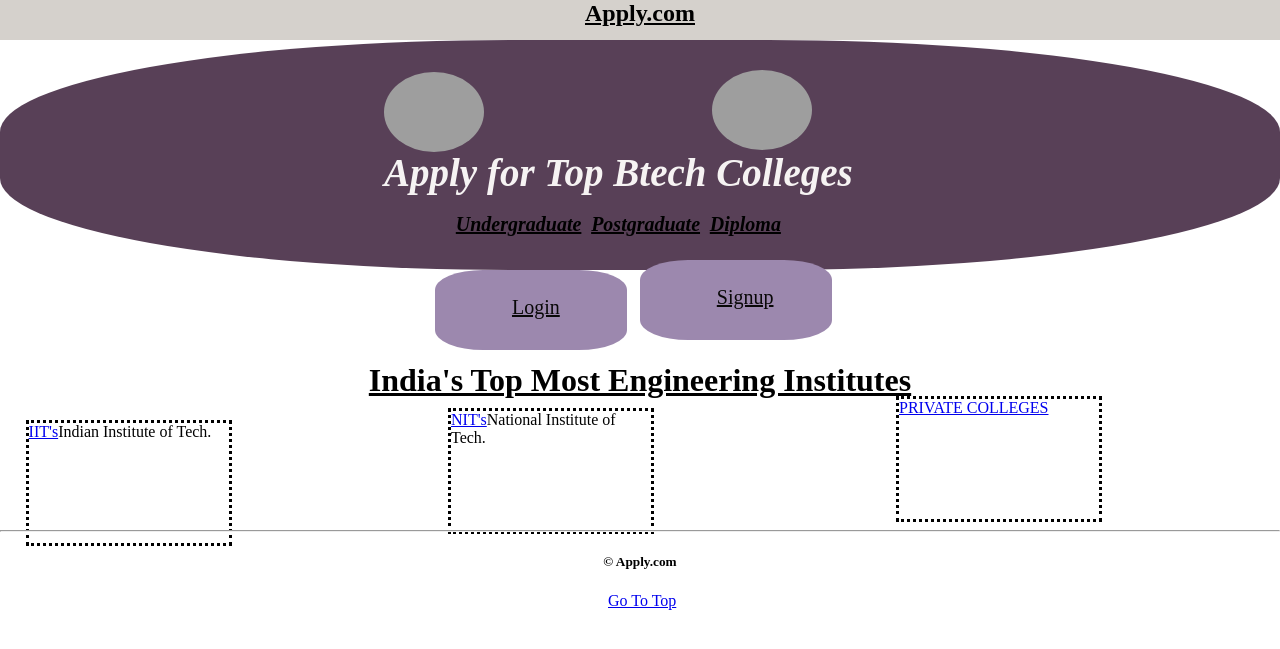
Repository: dashmeenkalra/dashmeen_kalra
Page: css,bootstrap/CSS/btech.html
The author's editor kept a copy of each file at every save. The page is drawn from the files as they stood at one save, then again after the next save.
The browser window is 1280 px wide. The pictures show the whole page.
Pictures or frames that could not be fetched are drawn as grey boxes.

Above is the page before, as saved 2023-03-28 20:04:39.

### css,bootstrap/CSS/btech.html
<html>
    <head>
        <link href="btech.css" rel="stylesheet"/>
        <title>
            Welcome to apply.com
        </title>
    </head>
    <body>
        <header>
            <header id="header">
            <h2>Apply.com</h2>
        </header>
        <div id="app">
            <div class="wri">
                <div id="ball">
                </div>
                <div id="ball2">
                </div>
                Apply for Top Btech Colleges</br>
                <a href="" class="id">Undergraduate</a>
                <a href="" class="id">Postgraduate</a>
                <a href="" class="id">Diploma</a>
            </div>
        </div>
        <div class="log">
            <a href="" class="id1"> Login</a>
        </div>
        <div class="log1">
            <a href="" class="id1">Signup</a>
        </div>
        <h1>India's Top Most Engineering Institutes</h1>
        <div id="type">
            <a href="#">IIT's</a>Indian Institute of Tech.
        </div>
        <div id="type1">
            <a href="#">NIT's</a>National Institute of Tech.
        </div>
        <div id="type2">
            <a href="#">PRIVATE COLLEGES</a>
        </div>
        <hr/>
        <footer>
        <h5> &copy; Apply.com</h5>
        <a href="#header" id="at" >Go To Top</a>
        </footer>
    </body>
</html>

### css,bootstrap/CSS/btech.css
body{
    margin:0px;
}
header{
    background-color:rgb(213, 209, 204);
    height: 40px;
}
header > h2{
    text-align: center;
    text-decoration:underline;
}
#app{
    background-color: rgb(88, 64, 87);
    height:230px;
    width:100%;
    border-radius:40%;
}
#ball{
    height: 80px;
    width: 100px;
    border-radius: 50%;
    margin-top: -15%;
    background-image: url('https://th.bing.com/th/id/OIP.LoeVs1S4Xra84vvvtkj3PQHaLG?pid=ImgDet&rs=1');
    background-size: cover;
    background-repeat: no-repeat;
}
#ball2{
    height: 80px;
    width: 100px;
    border-radius: 50%;
    margin-top: -17.5%;
    margin-left: 70%;
    background-image: url('https://wallpapercave.com/wp/wp2036967.jpg');
    background-size: cover;
    background-repeat: no-repeat;
}
.wri{
    text-align: center;
    margin-left: 30%;
    font-weight: bolder;
    font-style: oblique;
    font-size: 39px;
    margin-top: 8%;
    position: absolute;
    color: rgb(246, 243, 243);

}
.id{
    font-size: 20px;
    color: black;
}
.log{
    background-color: rgb(156, 136, 174);
    height:80px;
    width:15%;
    margin-left:34%;
    border-radius:25%;
}
.id1{
    font-size: 20px;
    color: rgb(9, 8, 8);
    margin-left:6%;
    margin-top:2%;
    position: absolute;
}
.log1{
    background-color: rgb(156, 136, 174);
    height:80px;
    width:15%;
    margin-left:50%;
    border-radius:25%;
    margin-top: -7.01%;
}
h1{
    text-align: center;
    text-decoration: underline;
}
#type{
    border: dotted;
    height:120px;
    width: 200px;
    margin-left:2%;
}
#type > h2{
  text-align: center;
  margin-top: 26%;
}
#type1{
    border: dotted;
    height:120px;
    width: 200px;
    margin-left:35%;
    margin-top:-10.8%;
}
#type1 > h2{
    text-align: center;
    margin-top: 26%;
}
#type2{
    border: dotted;
    height:120px;
    width: 200px;
    margin-left:70%;
    margin-top:-10.8%;
}
#type2 > h2{
    text-align: center;
    margin-top: 20%;
}
h5{
    text-align: center;
}
#at{
    text-align: center;
    margin-left: 47.5%;
}

After the next save:
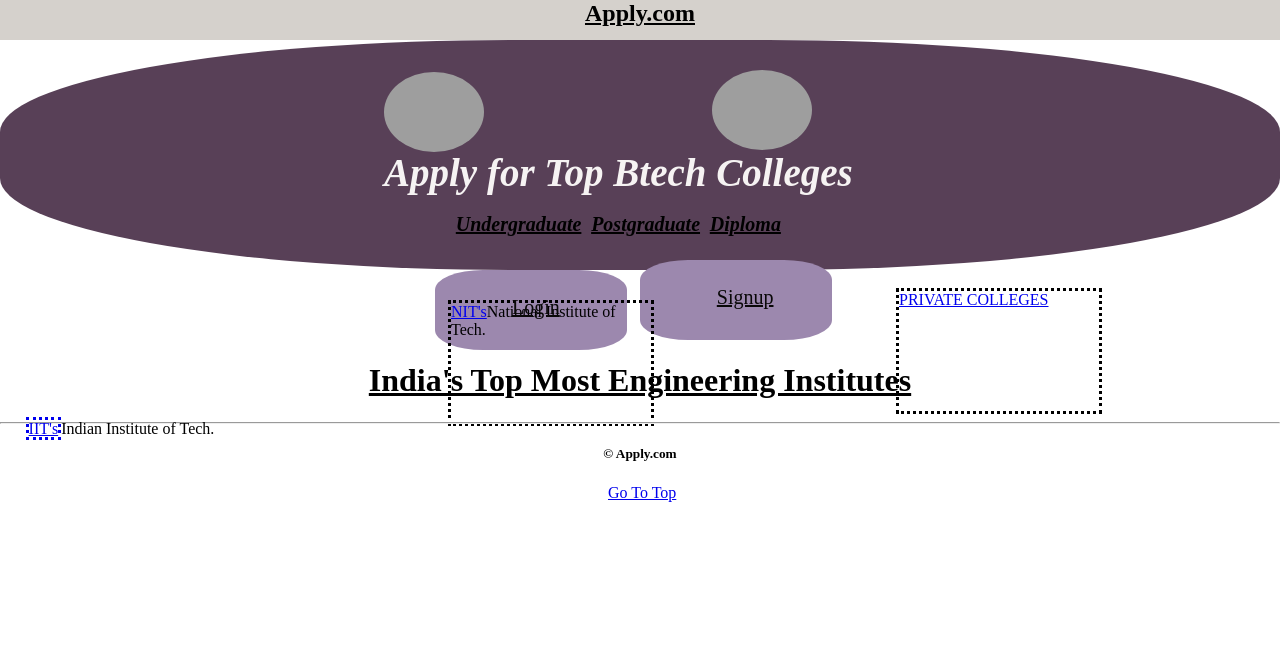
Saved 53 s later.
--- a/css,bootstrap/CSS/btech.css
+++ b/css,bootstrap/CSS/btech.css
@@ -75,7 +75,7 @@
     text-align: center;
     text-decoration: underline;
 }
-#type{
+#type > a{
     border: dotted;
     height:120px;
     width: 200px;

After the 2 saves that followed:
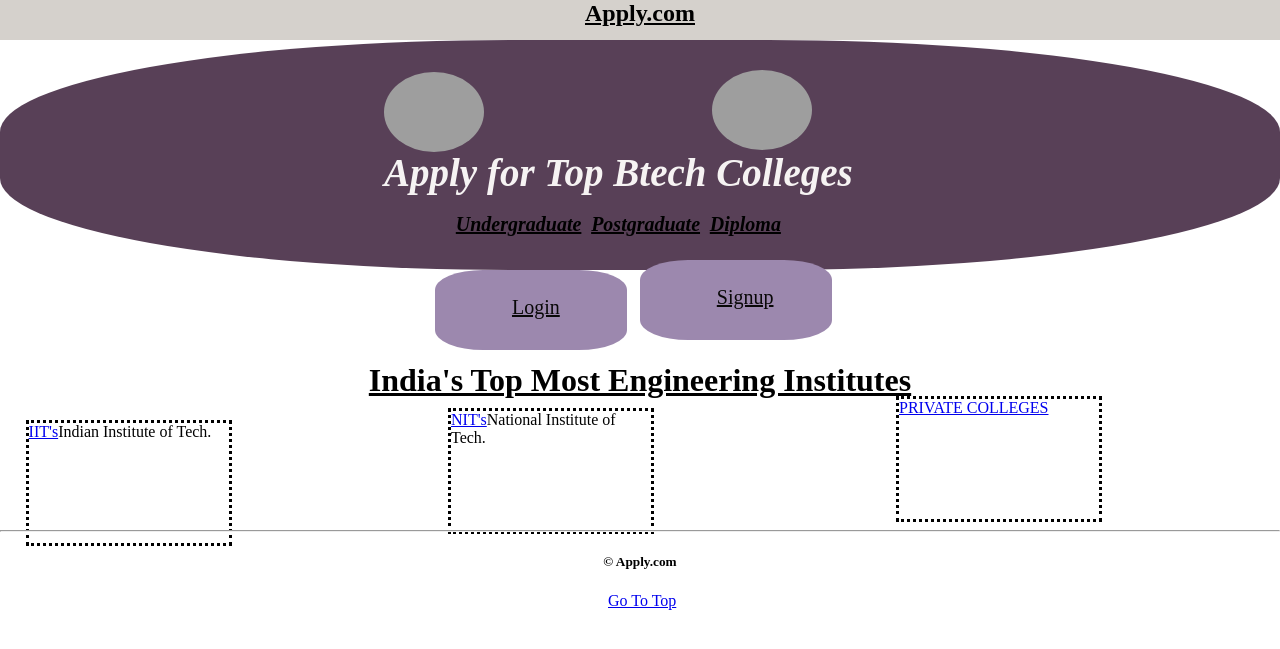
The 2 saves are shown as one change because they came seconds apart.
The last was saved 10 s later.
--- a/css,bootstrap/CSS/btech.css
+++ b/css,bootstrap/CSS/btech.css
@@ -75,13 +75,13 @@
     text-align: center;
     text-decoration: underline;
 }
-#type > a{
+#type{
     border: dotted;
     height:120px;
     width: 200px;
     margin-left:2%;
 }
-#type > h2{
+#type > a{
   text-align: center;
   margin-top: 26%;
 }
